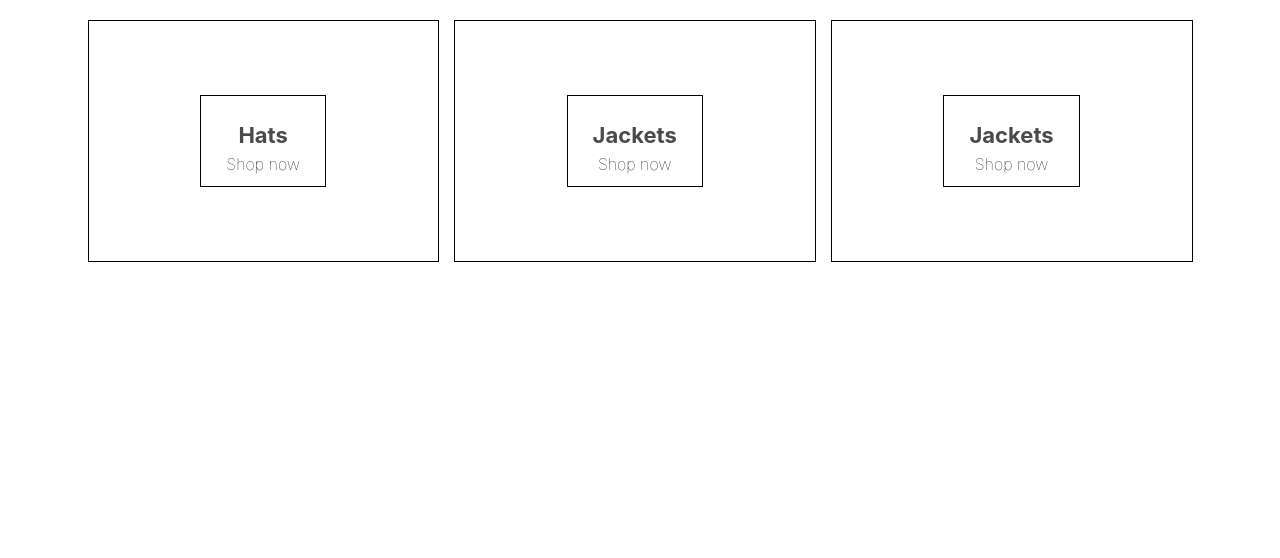
Repository: sbeaujard/train-react-crwn
Page: /
These files come from the project's save history. The page is drawn as it stood at one moment and after the next save; the edit follows.
The browser window is 1280 px wide. The pictures show the whole page.
The project was rebuilt for these pictures with package versions that can differ from the ones it lists, and the page was loaded fresh each time. Also part of the build but not shown: src/App.css.

Above is the page before, as saved 2021-01-08 09:52:02.

### src/App.js
import './App.css';
import HomePage from './homepage.component';

function App() {
  return (
    <HomePage></HomePage>

  );
}

export default App;

### src/homepage.component.jsx
import React from 'react';
import './homepage.styles.scss';
const HomePage = () => (
    <div className="homepage">
        <div className="directory-menu">
            <div className="menu-item">
                <div className="content">
                    <h1 className="title">Hats</h1>
                    <span className="subtitle">Shop now</span>
                </div>
            </div>
            <div className="menu-item">
                <div className="content">
                    <h1 className="title">Jackets</h1>
                    <span className="subtitle">Shop now</span>
                </div>
            </div>
            <div className="menu-item">
                <div className="content">
                    <h1 className="title">Jackets</h1>
                    <span className="subtitle">Shop now</span>
                </div>
            </div>
        </div>
    </div>
)

export default HomePage;

### src/homepage.styles.scss
.homepage {
    display: flex;
    flex-direction: column;
    align-items: center;
    padding: 20px 80px;
  }

  .directory-menu {
    width: 100%;
    display: flex;
    flex-wrap: wrap;
    justify-content: space-between;
  }

  .menu-item {
    min-width: 30%;
    height: 240px;
    flex: 1 1 auto;
    display: flex;
    align-items: center;
    justify-content: center;
    border: 1px solid black;
    margin: 0 7.5px 15px;

    &:first-child {
      margin-right: 7.5px;
    }

    &:last-child {
      margin-left: 7.5px;
    }

    .content {
      height: 90px;
      padding: 0 25px;
      display: flex;
      flex-direction: column;
      align-items: center;
      justify-content: center;
      border: 1px solid black;

      .title {
        font-weight: bold;
        margin-bottom: 6px;
        font-size: 22px;
        color: #4a4a4a;
      }

      .subtitle {
        font-weight: lighter;
        font-size: 16px;
      }
    }
  }

Loaded but not shown: public/index.html (common file); src/index.js (common file); src/index.css (common file); src/reportWebVitals.js (common file)

After the next save:
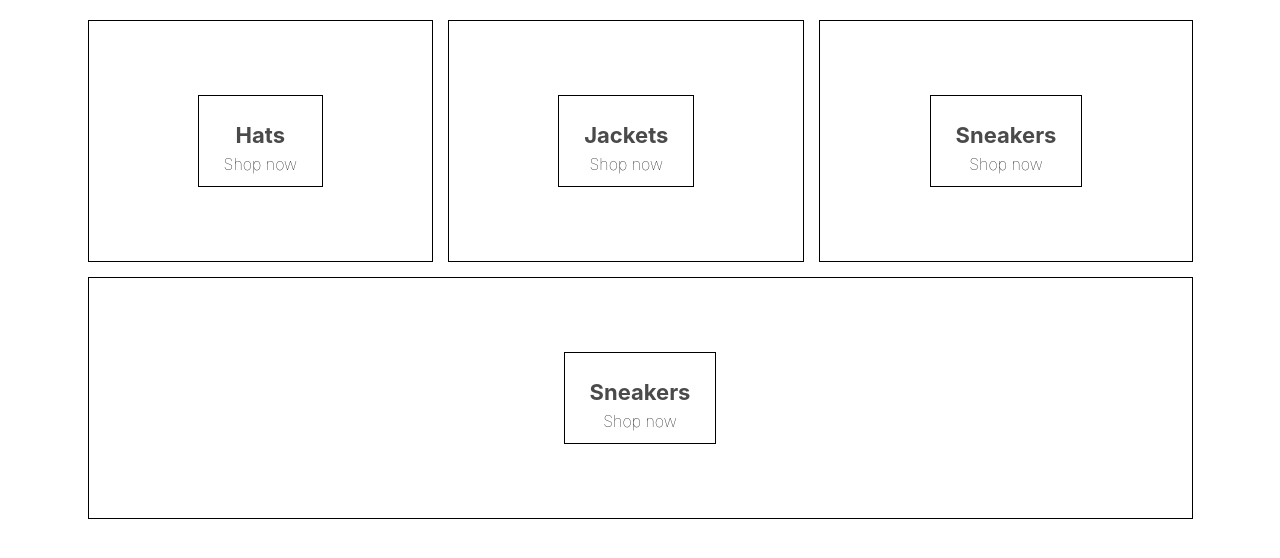
Saved 20 s later.
--- a/src/homepage.component.jsx
+++ b/src/homepage.component.jsx
@@ -17,7 +17,13 @@ const HomePage = () => (
             </div>
             <div className="menu-item">
                 <div className="content">
-                    <h1 className="title">Jackets</h1>
+                    <h1 className="title">Sneakers</h1>
+                    <span className="subtitle">Shop now</span>
+                </div>
+            </div>
+            <div className="menu-item">
+                <div className="content">
+                    <h1 className="title">Sneakers</h1>
                     <span className="subtitle">Shop now</span>
                 </div>
             </div>
